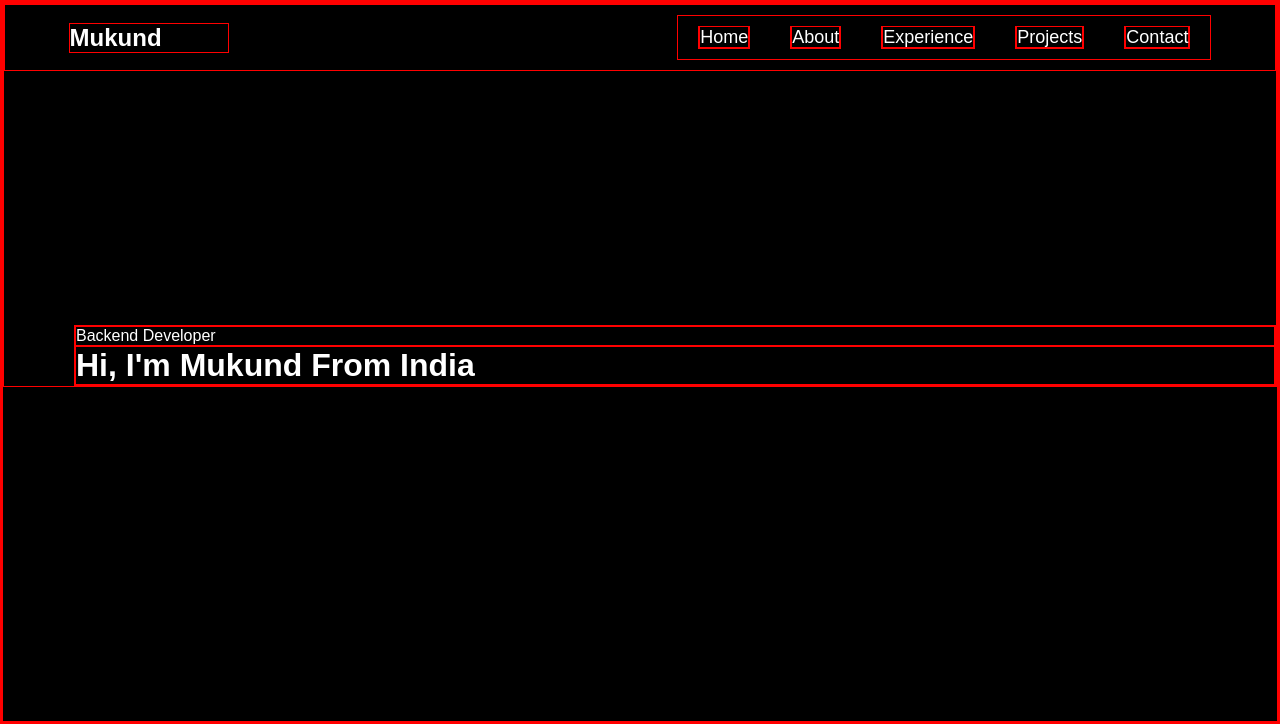
Repository: mukundgangurde/expense-tracker
Page: index.html
The author's editor kept a copy of each file at every save. The page is drawn from the files as they stood at one save, then again after the next save.
The browser window is 1280 px wide. The pictures show the whole page.

Above is the page before, as saved 2025-11-02 17:57:56.

After the next save:
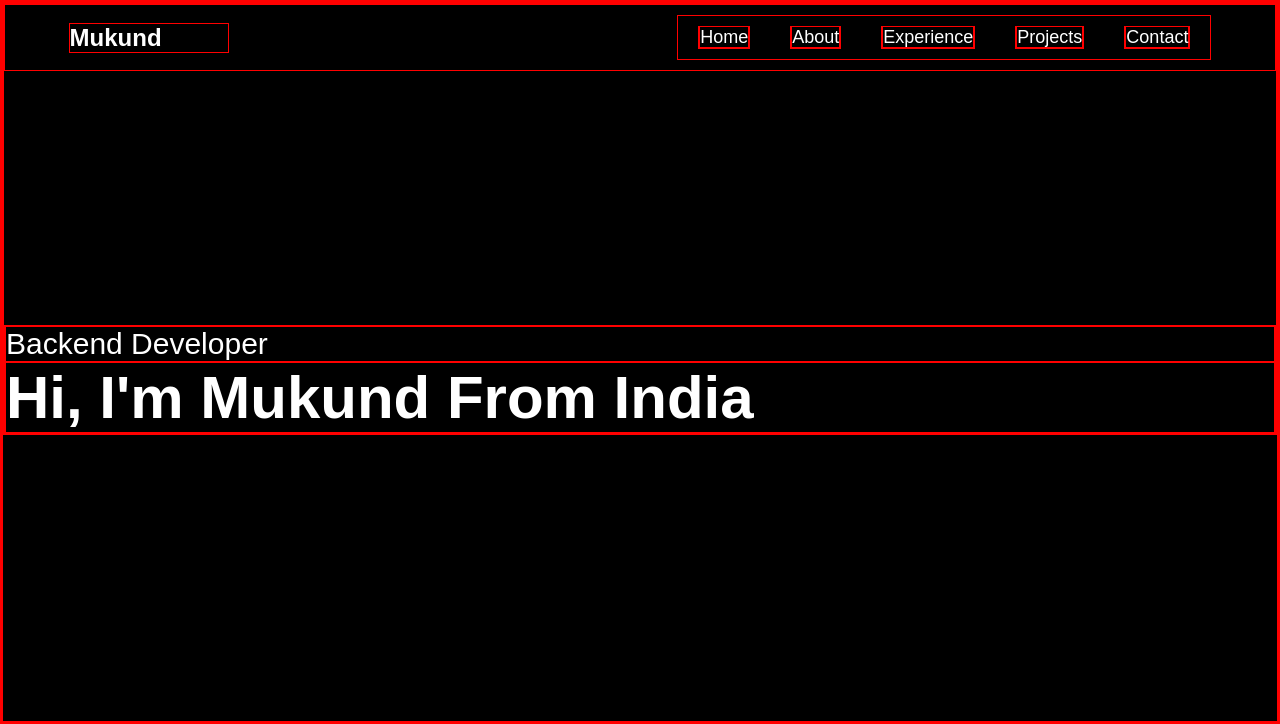
Saved 67 s later.
--- a/style.css
+++ b/style.css
@@ -51,7 +51,7 @@ nav ul li a {
 
 .header-text {
   margin-top: 20%;
-  margin-left: 70px;
+  font-size: 30px;
 }
 
 .header-text h1 {
